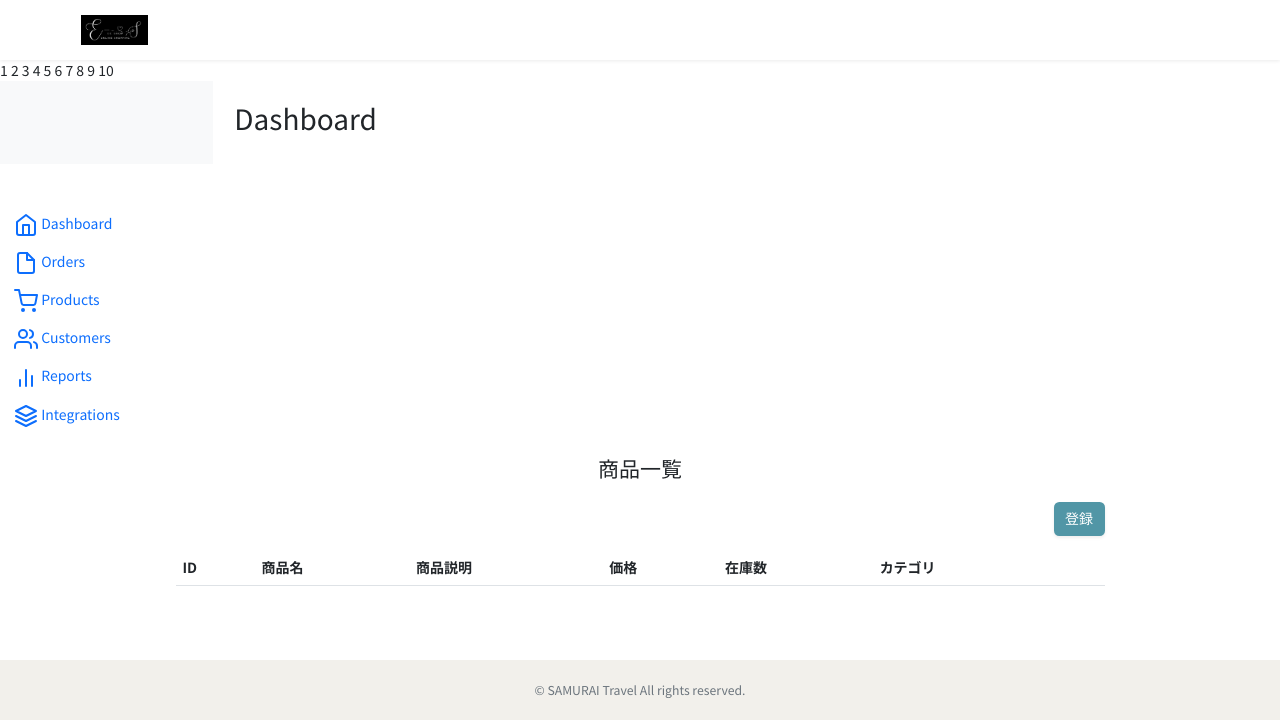
Repository: natsuki0619/Portfolio_GitHub2
Page: http://localhost/admin/goods/index
An editor plug-in stored every save of this project. The page is shown before and after the next save, followed by the edit.
The browser window is 1280 px wide. The pictures show the whole page.
The page is this project's Thymeleaf template; nobody is signed in. The template is opened directly, without the code that normally fills it, so the values that code supplies are empty.

Above is the page before, as saved 2024-05-29 04:48:38.

### ec_shop/ecshop/src/main/resources/templates/admin/goods/index.html
 <!DOCTYPE html>
 <html xmlns:th="https://www.thymeleaf.org">
     <head>
         <meta charset="UTF-8">
         <meta name="viewport" content="width=device-width, initial-scale=1">

         <!-- Bootstrap -->
         <link href="https://cdn.jsdelivr.net/npm/bootstrap@5.2.3/dist/css/bootstrap.min.css" rel="stylesheet" integrity="sha384-rbsA2VBKQhggwzxH7pPCaAqO46MgnOM80zW1RWuH61DGLwZJEdK2Kadq2F9CUG65" crossorigin="anonymous">

         <!-- Google Fonts -->
         <link rel="preconnect" href="https://fonts.googleapis.com">
         <link rel="preconnect" href="https://fonts.gstatic.com" crossorigin>
         <link href="https://fonts.googleapis.com/css2?family=Noto+Sans+JP:wght@400;500&display=swap" rel="stylesheet">

         <link th:href="@{/css/style.css}" rel="stylesheet" >

         <title>商品一覧</title>
     </head>
     <body>

         <div class="samuraitravel-wrapper">
             <!-- ヘッダー -->
             <nav class="navbar navbar-expand-md navbar-light bg-white shadow-sm samuraitravel-navbar">
                 <div class="container samuraitravel-container">
                     <a class="navbar-brand" th:href="@{/}">
                         <img class="samuraitravel-logo me-1" th:src="@{/images/logo.png}" alt="SAMURAI Travel">
                     </a>
                 </div>
             </nav>



             1
2
3
4
5
6
7
8
9
10
<div class="container-fluid">
  <div class="row">
      <nav id="sidebar" class="col-md-3 col-lg-2 d-md-block bg-light sidebar collapse">
          <!-- sidebar content goes in here -->
      </nav>
      <main class="col-md-9 ml-sm-auto col-lg-10 px-md-4 py-4">
          <h1 class="h2">Dashboard</h1>
      </main>
  </div>
</div>
<div class="position-sticky pt-md-5">
  <ul class="nav flex-column">
      <li class="nav-item">
        <a class="nav-link active" aria-current="page" href="#">
          <svg xmlns="http://www.w3.org/2000/svg" width="24" height="24" viewBox="0 0 24 24" fill="none" stroke="currentColor" stroke-width="2" stroke-linecap="round" stroke-linejoin="round" class="feather feather-home"><path d="M3 9l9-7 9 7v11a2 2 0 0 1-2 2H5a2 2 0 0 1-2-2z"></path><polyline points="9 22 9 12 15 12 15 22"></polyline></svg>
          <span class="ml-2">Dashboard</span>
        </a>
      </li>
      <li class="nav-item">
        <a class="nav-link" href="#">
          <svg xmlns="http://www.w3.org/2000/svg" width="24" height="24" viewBox="0 0 24 24" fill="none" stroke="currentColor" stroke-width="2" stroke-linecap="round" stroke-linejoin="round" class="feather feather-file"><path d="M13 2H6a2 2 0 0 0-2 2v16a2 2 0 0 0 2 2h12a2 2 0 0 0 2-2V9z"></path><polyline points="13 2 13 9 20 9"></polyline></svg>
          <span class="ml-2">Orders</span>
        </a>
      </li>
      <li class="nav-item">
        <a class="nav-link" href="#">
          <svg xmlns="http://www.w3.org/2000/svg" width="24" height="24" viewBox="0 0 24 24" fill="none" stroke="currentColor" stroke-width="2" stroke-linecap="round" stroke-linejoin="round" class="feather feather-shopping-cart"><circle cx="9" cy="21" r="1"></circle><circle cx="20" cy="21" r="1"></circle><path d="M1 1h4l2.68 13.39a2 2 0 0 0 2 1.61h9.72a2 2 0 0 0 2-1.61L23 6H6"></path></svg>
          <span class="ml-2">Products</span>
        </a>
      </li>
      <li class="nav-item">
        <a class="nav-link" href="#">
          <svg xmlns="http://www.w3.org/2000/svg" width="24" height="24" viewBox="0 0 24 24" fill="none" stroke="currentColor" stroke-width="2" stroke-linecap="round" stroke-linejoin="round" class="feather feather-users"><path d="M17 21v-2a4 4 0 0 0-4-4H5a4 4 0 0 0-4 4v2"></path><circle cx="9" cy="7" r="4"></circle><path d="M23 21v-2a4 4 0 0 0-3-3.87"></path><path d="M16 3.13a4 4 0 0 1 0 7.75"></path></svg>
          <span class="ml-2">Customers</span>
        </a>
      </li>
      <li class="nav-item">
        <a class="nav-link" href="#">
          <svg xmlns="http://www.w3.org/2000/svg" width="24" height="24" viewBox="0 0 24 24" fill="none" stroke="currentColor" stroke-width="2" stroke-linecap="round" stroke-linejoin="round" class="feather feather-bar-chart-2"><line x1="18" y1="20" x2="18" y2="10"></line><line x1="12" y1="20" x2="12" y2="4"></line><line x1="6" y1="20" x2="6" y2="14"></line></svg>
          <span class="ml-2">Reports</span>
        </a>
      </li>
      <li class="nav-item">
        <a class="nav-link" href="#">
          <svg xmlns="http://www.w3.org/2000/svg" width="24" height="24" viewBox="0 0 24 24" fill="none" stroke="currentColor" stroke-width="2" stroke-linecap="round" stroke-linejoin="round" class="feather feather-layers"><polygon points="12 2 2 7 12 12 22 7 12 2"></polygon><polyline points="2 17 12 22 22 17"></polyline><polyline points="2 12 12 17 22 12"></polyline></svg>
          <span class="ml-2">Integrations</span>
        </a>
      </li>
    </ul>
</div>

             <main>
                 <div class="container pt-4 pb-5 samuraitravel-container">
                     <div class="row justify-content-center">
                         <div class="col-xxl-9 col-xl-10 col-lg-11">

                             <h1 class="mb-4 text-center">商品一覧</h1>

                             <div class="d-flex justify-content-end">
                                 <a href="#" class="btn text-white shadow-sm mb-3 samuraitravel-btn">登録</a>
                             </div>

                             <table class="table">
                                 <thead>
                                     <tr>
                                         <th scope="col">ID</th>
                                         <th scope="col">商品名</th>
                                         <th scope="col">商品説明</th>
                                         <th scope="col">価格</th>
                                         <th scope="col">在庫数</th>
                                         <th scope="col">カテゴリ</th>
                                         <th scope="col"></th>
                                     </tr>
                                 </thead>
                                 <tbody>
                                     <tr th:each="goods : ${goods}">
                                         <td th:text="${goods.getId()}"></td>
                                         <td th:text="${goods.getName()}"></td>
                                         <td th:text="${goods.getDescription()}"></td>
                                         <td th:text="${goods.getPrice()}"></td>
                                         <td th:text="${goods.getStock()}"></td>
                                          <td th:text="${goods.getCategoryId()}"></td>
                                         <td><a href="#">詳細</a></td>
                                     </tr>
                                 </tbody>
                             </table>
                         </div>
                     </div>
                 </div>
             </main>

             <!-- フッター -->
             <footer>
                 <div class="d-flex justify-content-center align-items-center h-100">
                     <p class="text-center text-muted small mb-0">&copy; SAMURAI Travel All rights reserved.</p>
                 </div>
             </footer>
         </div>

         <!-- Bootstrap -->
         <script src="https://cdn.jsdelivr.net/npm/bootstrap@5.2.3/dist/js/bootstrap.bundle.min.js" integrity="sha384-kenU1KFdBIe4zVF0s0G1M5b4hcpxyD9F7jL+jjXkk+Q2h455rYXK/7HAuoJl+0I4" crossorigin="anonymous"></script>
     </body>
 </html>

### ec_shop/ecshop/src/main/resources/static/css/style.css
 html {
   font-size: 14px;
 }

 body {
   font-family: 'Noto Sans JP', sans-serif;
 }

 h1 {
   font-size: 1.5rem;
 }

 a {
   color: #5196a6;
   text-decoration: none !important;
 }

 a:hover {
     color: #407784;
 }

 footer {
   width: 100%;
   height: 60px;
   position: absolute;
   bottom: 0;
   background-color: #f2f0eb;
 }

 .samuraitravel-wrapper {
   min-height: 100vh;
   position: relative;
   padding-bottom: 60px;
   box-sizing: border-box;
 }

 .samuraitravel-navbar {
   min-height: 60px;
 }

 .samuraitravel-logo {
   height: 30px;
 }

 .samuraitravel-btn {
   background-color: #5196a6 !important;
   transition: 0.1s;
 }

 .samuraitravel-btn:hover {
   opacity: 0.8;
 }

 @media screen and (min-width: 1400px) {
   .samuraitravel-container {
     max-width: 1200px;
   }

   /*サイドバー*/
   .sidebar {
  position: fixed;
  top: 0;
  bottom: 0;
  left: 0;
  z-index: 100;
  padding: 90px 0 0;
  box-shadow: inset -1px 0 0 rgba(0, 0, 0, .1);
  z-index: 99;
}

@media (max-width: 767.98px) {
  .sidebar {
    top: 11.5rem;
    padding: 0;
  }
}

.navbar {
  box-shadow: inset 0 -1px 0 rgba(0, 0, 0, .1);
}

@media (min-width: 767.98px) {
  .navbar {
    top: 0;
    position: sticky;
    z-index: 999;
  }
}

.sidebar .nav-link {
  color: #333;
}

.sidebar .nav-link.active {
  color: #0d6efd;
}

 }

After the next save:
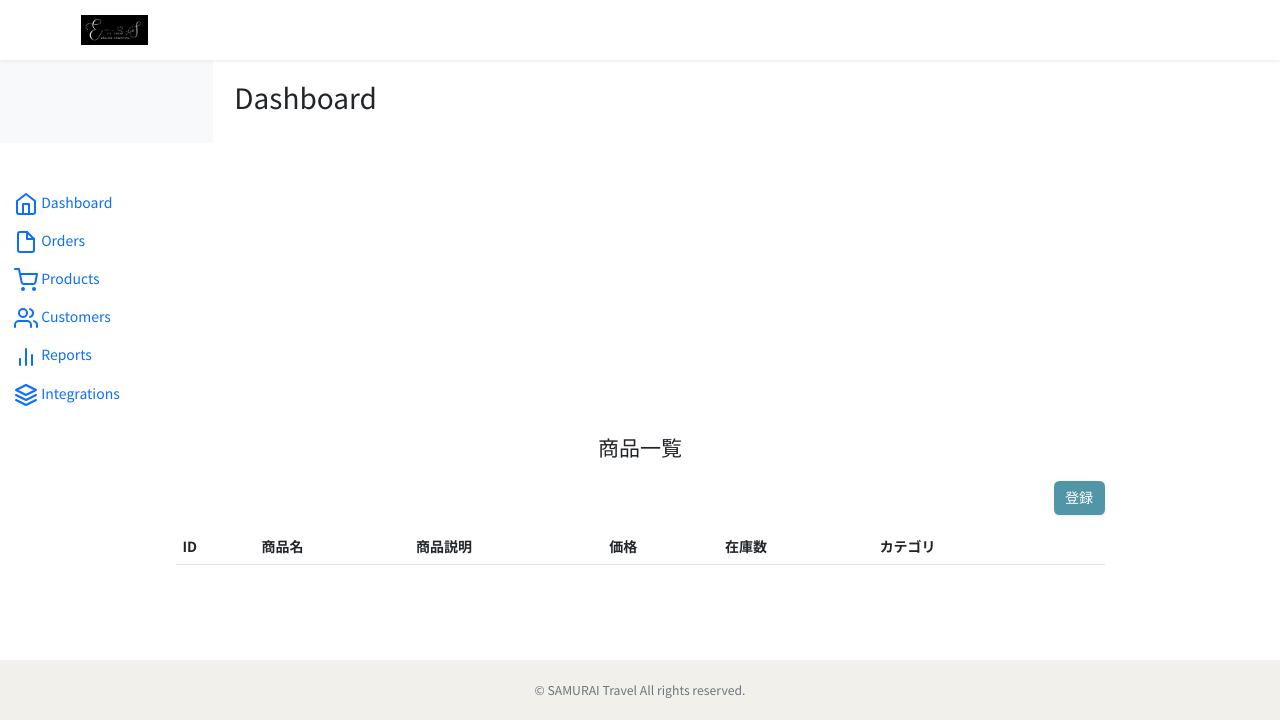
Saved 89 s later.
--- a/ec_shop/ecshop/src/main/resources/templates/admin/goods/index.html
+++ b/ec_shop/ecshop/src/main/resources/templates/admin/goods/index.html
@@ -28,18 +28,6 @@
                  </div>
              </nav>
 
-
-
-             1
-2
-3
-4
-5
-6
-7
-8
-9
-10
 <div class="container-fluid">
   <div class="row">
       <nav id="sidebar" class="col-md-3 col-lg-2 d-md-block bg-light sidebar collapse">
